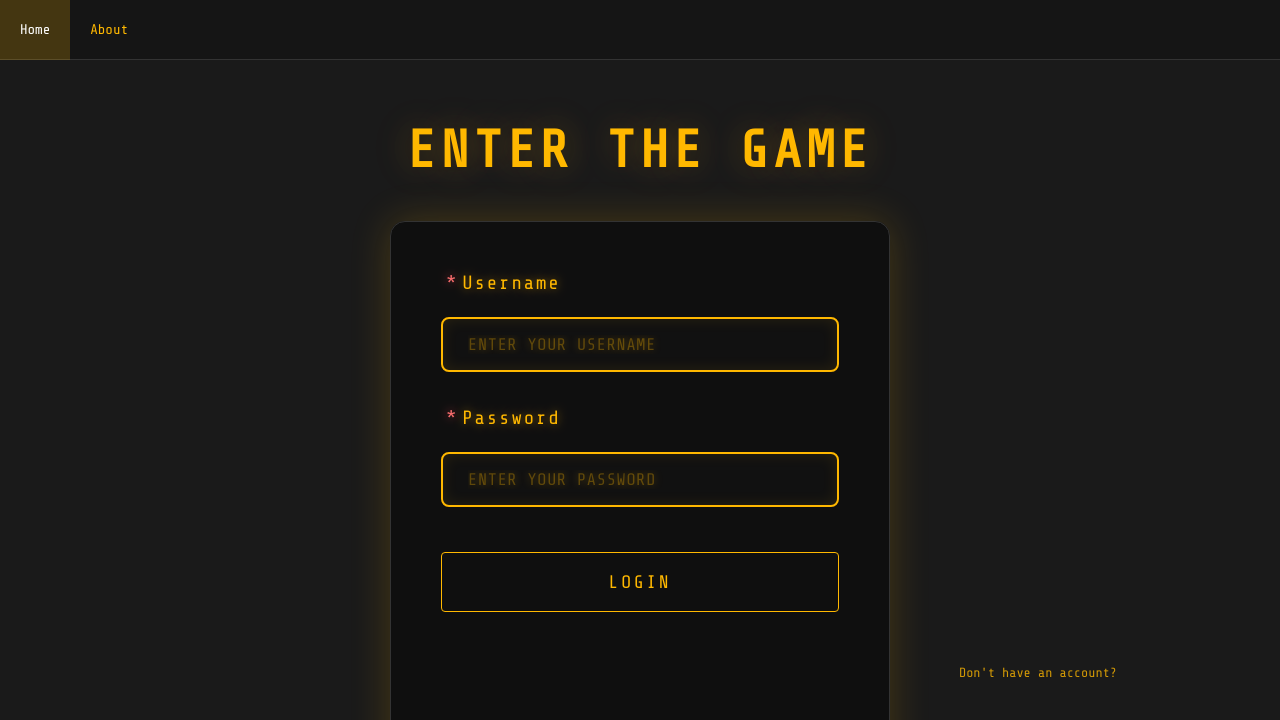
Repository: qqqq121114/se_417
Page: /login (app in client/)
An editor plug-in stored every save of this project. The page is shown before and after the next save, followed by the edit.
The browser window is 1280 px wide. The pictures show the whole page.
An inner scrolling area shows only its first screen. The project was rebuilt for these pictures with package versions that can differ from the ones it lists, and the page was loaded fresh each time. Also part of the build but not shown: client/vite.config.js, client/src/views/Home.vue.

Above is the page before, as saved 2024-12-08 14:17:39.

### client/src/main.js
import { createApp } from 'vue'
import { createPinia } from 'pinia'
import ElementPlus from 'element-plus'
import 'element-plus/dist/index.css'
import App from './App.vue'
import router from './router'

const app = createApp(App)

app.use(createPinia())
app.use(router)
app.use(ElementPlus)

app.mount('#app')

### client/src/App.vue
<template>
  <div id="app" class="cyber-theme">
    <el-container>
      <el-header>
        <el-menu mode="horizontal" router class="cyber-menu">
          <el-menu-item index="/">Home</el-menu-item>
          <el-menu-item index="/about">About</el-menu-item>
        </el-menu>
      </el-header>
      <el-main>
        <router-view></router-view>
      </el-main>
    </el-container>
  </div>
</template>

<script setup>
import { ElContainer, ElHeader, ElMain, ElMenu, ElMenuItem } from 'element-plus'
import 'element-plus/dist/index.css'
</script>

<style>
@import url('https://fonts.googleapis.com/css2?family=Share+Tech+Mono&display=swap');

/* 重置默认样式 */
* {
  margin: 0;
  padding: 0;
  box-sizing: border-box;
}

html, body {
  margin: 0;
  padding: 0;
  width: 100%;
  height: 100%;
  overflow-x: hidden;
  background-color: var(--cyber-bg);
}

:root {
  --cyber-bg: #1a1a1a;
  --cyber-text: #FFB800;
  --cyber-glow: #FFB80033;
  --cyber-border: #333333;
}

#app {
  font-family: 'Share Tech Mono', monospace;
  -webkit-font-smoothing: antialiased;
  -moz-osx-font-smoothing: grayscale;
  color: var(--cyber-text);
  background-color: var(--cyber-bg);
  min-height: 100vh;
  width: 100%;
  margin: 0;
  padding: 0;
}

.cyber-theme {
  background: var(--cyber-bg);
  min-height: 100vh;
  width: 100%;
}

.el-container {
  min-height: 100vh;
  margin: 0;
  padding: 0;
}

.el-header {
  padding: 0;
  background: rgba(0, 0, 0, 0.2);
  border-bottom: 1px solid var(--cyber-border);
  margin: 0;
}

.el-main {
  padding: 20px;
  background: var(--cyber-bg);
  margin: 0;
}

.cyber-menu {
  background: transparent !important;
  border: none !important;
  margin: 0;
  padding: 0;
}

.el-menu--horizontal > .el-menu-item {
  color: var(--cyber-text) !important;
  font-family: 'Share Tech Mono', monospace !important;
  border: none !important;
}

.el-menu--horizontal > .el-menu-item:hover,
.el-menu--horizontal > .el-menu-item:focus,
.el-menu--horizontal > .el-menu-item.is-active {
  color: #fff !important;
  background: var(--cyber-glow) !important;
  border: none !important;
}

/* 全局按钮样式 */
.el-button {
  background: transparent !important;
  border: 1px solid var(--cyber-text) !important;
  color: var(--cyber-text) !important;
  font-family: 'Share Tech Mono', monospace !important;
  transition: all 0.3s ease;
}

.el-button:hover {
  background: var(--cyber-glow) !important;
  color: #fff !important;
  box-shadow: 0 0 10px var(--cyber-glow);
}

/* 卡片样式 */
.el-card {
  background: rgba(0, 0, 0, 0.2) !important;
  border: 1px solid var(--cyber-border) !important;
  backdrop-filter: blur(5px);
}

.el-card__header {
  border-bottom: 1px solid var(--cyber-border) !important;
}
</style>

### client/src/router/index.js
import { createRouter, createWebHistory } from 'vue-router'
import Home from '../views/Home.vue'

const routes = [
  {
    path: '/',
    name: 'Home',
    component: Home,
    meta: { requiresAuth: true }
  },
  {
    path: '/about',
    name: 'About',
    component: () => import('../views/About.vue')
  },
  {
    path: '/register',
    name: 'Register',
    component: () => import('../views/Register.vue')
  },
  {
    path: '/login',
    name: 'Login',
    component: () => import('../views/Login.vue'),
    props: route => ({ key: Date.now() })
  }
]

const router = createRouter({
  history: createWebHistory(),
  routes
})

router.beforeEach((to, from, next) => {
  if (to.meta.requiresAuth) {
    const isAuthenticated = localStorage.getItem('token')
    if (!isAuthenticated) {
      next('/login')
    } else {
      next()
    }
  } else {
    next()
  }
})

export default router

### client/src/views/Login.vue
<template>
  <div class="login">
    <h1 class="cyber-title">Enter The Game</h1>
    <div class="login-form">
      <el-form
        :model="form"
        :rules="rules"
        ref="formRef"
        label-position="top"
        status-icon
      >
        <el-form-item prop="username" label="Username">
          <el-input
            v-model="form.username"
            placeholder="Enter your username"
            class="cyber-input"
          ></el-input>
        </el-form-item>
        <el-form-item prop="password" label="Password" class="password-item">
          <el-input
            v-model="form.password"
            type="password"
            placeholder="Enter your password"
            show-password
            class="cyber-input"
          ></el-input>
        </el-form-item>
        <el-form-item class="button-item">
          <el-button class="cyber-button" type="primary" @click="submitForm">Login</el-button>
          <div class="form-footer">
            <span>Don't have an account?</span>
            <el-button
              class="register-link"
              type="text"
              @click="$router.push('/register')"
            >
              Register Now
            </el-button>
          </div>
        </el-form-item>
      </el-form>
    </div>
  </div>
</template>

<script setup>
import { ref, reactive } from 'vue'
import { ElMessage } from 'element-plus'
import axios from 'axios'
import { useRouter } from 'vue-router'

const router = useRouter()
const formRef = ref(null)

// 表单数据
const form = reactive({
  username: '',
  password: ''
})

// 验证规则
const rules = {
  username: [
    { required: true, message: 'Please enter your username', trigger: 'blur' },
    { min: 3, max: 20, message: 'Length should be 3 to 20 characters', trigger: 'blur' }
  ],
  password: [
    { required: true, message: 'Please enter your password', trigger: 'blur' },
    { min: 6, message: 'Password must be at least 6 characters', trigger: 'blur' }
  ]
}

// 提交表单
const submitForm = async () => {
  if (!formRef.value) return

  try {
    console.log('Starting form validation...')
    await formRef.value.validate()
    console.log('Form validation passed')

    // 发送登录请求
    console.log('Sending login request...')
    const response = await axios.post('http://localhost:3000/api/users/login', {
      username: form.username,
      password: form.password
    })

    console.log('Login successful:', response.data)
    ElMessage.success('Login successful!')

    // 登录成功后跳转到首页
    setTimeout(() => {
      router.push('/')
    }, 1500)
  } catch (error) {
    console.error('Full error object:', error)

    if (error.response) {
      // 服务器返回的错误信息
      console.error('Server error:', error.response.data)
      ElMessage.error(error.response.data.message || 'Login failed')
    } else if (error.message) {
      // 表单验证错误
      console.error('Validation error:', error.message)
      ElMessage.error(error.message)
    } else {
      console.error('Unknown error:', error)
      ElMessage.error('Login failed')
    }
  }
}
</script>

<style scoped>
.login {
  display: flex;
  flex-direction: column;
  align-items: center;
  padding: 40px 20px;
  min-height: calc(100vh - 60px);
}

.cyber-title {
  font-size: 4vw;
  width: 60vw;
  color: var(--cyber-text);
  text-transform: uppercase;
  letter-spacing: 0.1em;
  margin-bottom: 40px;
  text-shadow: 0 0 20px var(--cyber-glow);
  animation: breathe 3s ease-in-out infinite;
  user-select: none;
  text-align: center;
  line-height: 1.2;
  white-space: normal;
  word-wrap: break-word;
  padding: 0 20px;
}

.login-form {
  width: 100%;
  max-width: 500px;
  background: rgba(0, 0, 0, 0.4);
  padding: 50px;
  border-radius: 15px;
  border: 1px solid var(--cyber-border);
  box-shadow: 0 0 30px rgba(255, 184, 0, 0.15);
  backdrop-filter: blur(10px);
  animation: formGlow 4s ease-in-out infinite;
}

.el-form-item {
  margin-bottom: 35px;
}

.password-item {
  margin-bottom: 45px;
}

:deep(.el-form-item__label) {
  color: #ffb800 !important;
  font-family: 'Share Tech Mono', monospace;
  font-size: 1.2em;
  padding-bottom: 15px;
  text-shadow: 0 0 10px rgba(255, 184, 0, 0.5);
  text-transform: capitalize;
  letter-spacing: 0.1em;
  margin-left: 5px;
}

:deep(.el-form-item__label::before) {
  content: '*';
  color: #ff4757;
  margin-right: 4px;
  text-shadow: 0 0 10px rgba(255, 71, 87, 0.6);
}

:deep(.el-input__wrapper) {
  background: transparent !important;
  box-shadow: none !important;
  padding: 0 !important;
  border: none !important;
}

:deep(.el-input__inner) {
  background: rgba(18, 18, 18, 0.95) !important;
  border: 2px solid var(--cyber-text) !important;
  color: #ffb800 !important;
  font-family: 'Share Tech Mono', monospace;
  height: 55px;
  padding: 0 25px !important;
  font-size: 1.2em;
  letter-spacing: 0.05em;
  transition: all 0.3s ease;
  border-radius: 8px;
  caret-color: #ffb800;
  text-shadow: 0 0 10px rgba(255, 184, 0, 0.3);
  box-shadow: inset 0 0 15px rgba(255, 184, 0, 0.1);
}

:deep(.el-input__inner::placeholder) {
  color: rgba(255, 184, 0, 0.3) !important;
  font-family: 'Share Tech Mono', monospace;
  letter-spacing: 0.05em;
  text-transform: uppercase;
}

:deep(.el-input__inner:hover) {
  border-color: #ffb800 !important;
  box-shadow: inset 0 0 20px rgba(255, 184, 0, 0.2),
              0 0 15px rgba(255, 184, 0, 0.3) !important;
  background: rgba(28, 28, 28, 0.95) !important;
}

:deep(.el-input__inner:focus) {
  border-color: #ffb800 !important;
  box-shadow: inset 0 0 25px rgba(255, 184, 0, 0.3),
              0 0 25px rgba(255, 184, 0, 0.4) !important;
  background: rgba(22, 22, 22, 0.95) !important;
  animation: inputPulse 1.5s infinite;
}

@keyframes inputPulse {
  0% {
    box-shadow: inset 0 0 25px rgba(255, 184, 0, 0.2),
                0 0 25px rgba(255, 184, 0, 0.3);
  }
  50% {
    box-shadow: inset 0 0 35px rgba(255, 184, 0, 0.3),
                0 0 35px rgba(255, 184, 0, 0.4);
  }
  100% {
    box-shadow: inset 0 0 25px rgba(255, 184, 0, 0.2),
                0 0 25px rgba(255, 184, 0, 0.3);
  }
}

:deep(.el-input__suffix) {
  right: 15px !important;
}

:deep(.el-input__suffix-inner) {
  color: var(--cyber-text) !important;
  opacity: 0.8;
  transition: all 0.3s ease;
}

:deep(.el-input__suffix-inner:hover) {
  opacity: 1;
  text-shadow: 0 0 10px var(--cyber-glow);
}

:deep(.el-input.is-focus .el-input__wrapper) {
  box-shadow: none !important;
}

:deep(.el-form-item.is-error .el-input__inner) {
  border-color: #ff4757 !important;
  box-shadow: 0 0 15px rgba(255, 71, 87, 0.4) !important;
  animation: errorPulse 1.5s infinite;
}

@keyframes errorPulse {
  0% {
    box-shadow: 0 0 15px rgba(255, 71, 87, 0.4);
  }
  50% {
    box-shadow: 0 0 25px rgba(255, 71, 87, 0.6);
  }
  100% {
    box-shadow: 0 0 15px rgba(255, 71, 87, 0.4);
  }
}

.button-item {
  margin-top: 20px;
  margin-bottom: 0;
}

.cyber-button {
  width: 100%;
  height: 60px;
  font-size: 1.3em;
  letter-spacing: 0.15em;
  margin-bottom: 25px;
  background: transparent !important;
  border: 1px solid var(--cyber-text) !important;
  color: var(--cyber-text) !important;
  font-family: 'Share Tech Mono', monospace;
  transition: all 0.3s ease;
  text-transform: uppercase;
  border-radius: 4px;
  position: relative;
  overflow: hidden;
}

.cyber-button:hover {
  background: var(--cyber-text) !important;
  color: #1a1a1a !important;
  box-shadow: 0 0 30px var(--cyber-glow);
  transform: translateY(-2px);
}

.cyber-button::after {
  content: '';
  position: absolute;
  top: -50%;
  left: -50%;
  width: 200%;
  height: 200%;
  background: linear-gradient(
    to bottom right,
    rgba(255, 184, 0, 0.1),
    transparent,
    transparent
  );
  transform: rotate(45deg);
  animation: shine 3s infinite;
}

@keyframes shine {
  0% {
    transform: translateX(-100%) rotate(45deg);
  }
  100% {
    transform: translateX(100%) rotate(45deg);
  }
}

.form-footer {
  margin-top: 20px;
  text-align: center;
  color: var(--cyber-text);
  font-family: 'Share Tech Mono', monospace;
  font-size: 0.95em;
  opacity: 0.8;
}

.register-link {
  color: var(--cyber-text) !important;
  margin-left: 1100px;
  font-family: 'Share Tech Mono', monospace;
  text-transform: uppercase;
  letter-spacing: 0.1em;
  font-size: 0.9em !important;
  padding: 1 !important;
  height: auto !important;
}

.register-link:hover {
  text-shadow: 0 0 10px var(--cyber-glow);
  opacity: 1;
}

:deep(.el-form-item__error) {
  color: #ff4757 !important;
  font-family: 'Share Tech Mono', monospace;
  font-size: 0.9em;
  margin-top: 8px;
  text-shadow: 0 0 8px rgba(255, 71, 87, 0.4);
}

@keyframes breathe {
  0% {
    text-shadow: 0 0 20px var(--cyber-glow);
    transform: scale(1);
  }
  50% {
    text-shadow: 0 0 40px var(--cyber-glow), 0 0 60px var(--cyber-glow);
    transform: scale(1.02);
  }
  100% {
    text-shadow: 0 0 20px var(--cyber-glow);
    transform: scale(1);
  }
}

@keyframes formGlow {
  0% {
    box-shadow: 0 0 30px rgba(255, 184, 0, 0.15);
  }
  50% {
    box-shadow: 0 0 50px rgba(255, 184, 0, 0.25);
  }
  100% {
    box-shadow: 0 0 30px rgba(255, 184, 0, 0.15);
  }
}

/* 响应式设计 */
@media (max-width: 768px) {
  .cyber-title {
    font-size: 8vw;
    width: 90vw;
  }

  .login-form {
    padding: 30px;
    margin: 0 15px;
  }

  .label-text {
    font-size: 1em;
  }

  :deep(.el-input__inner) {
    height: 50px;
    font-size: 1.1em;
  }

  .cyber-button {
    height: 55px;
  }

  .form-footer {
    font-size: 0.75em;
  }

  .register-link {
    font-size: 0.75em !important;
  }
}
</style>

Loaded but not shown: client/index.html (common file)

After the next save:
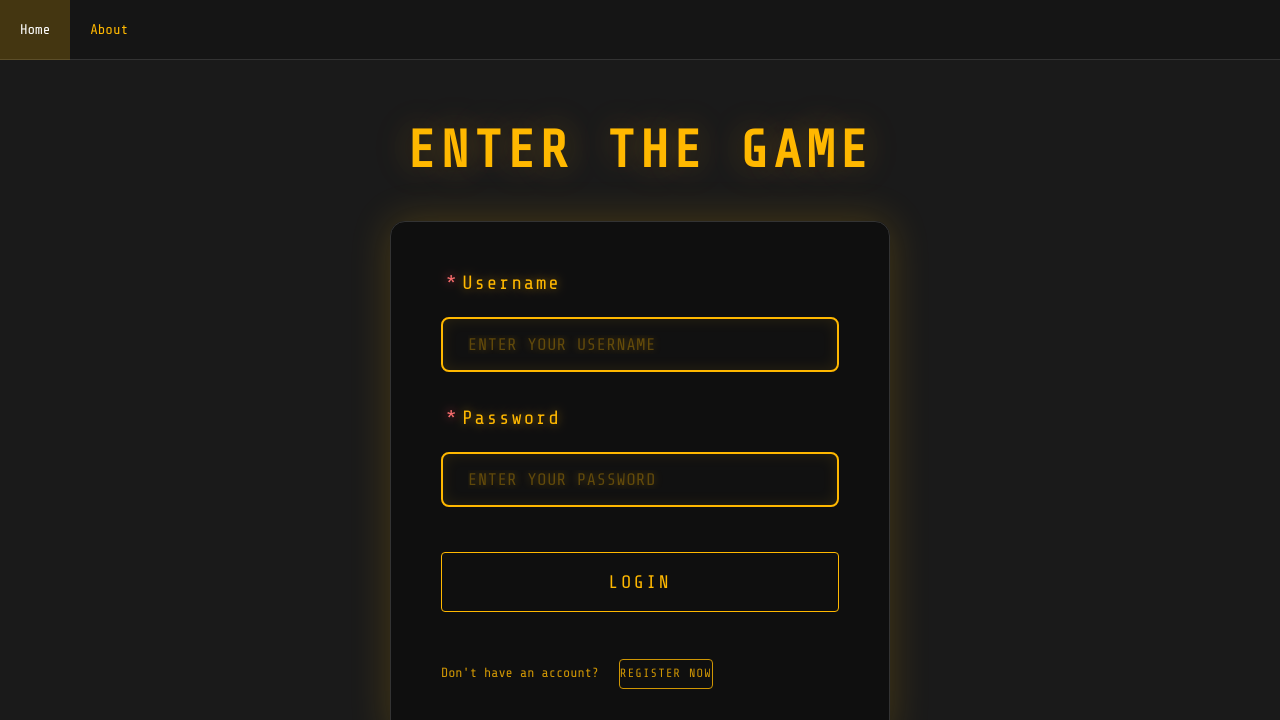
Saved 6 s later.
--- a/client/src/views/Login.vue
+++ b/client/src/views/Login.vue
@@ -339,7 +339,7 @@ const submitForm = async () => {
 
 .register-link {
   color: var(--cyber-text) !important;
-  margin-left: 1100px;
+  margin-left: 20px;
   font-family: 'Share Tech Mono', monospace;
   text-transform: uppercase;
   letter-spacing: 0.1em;
